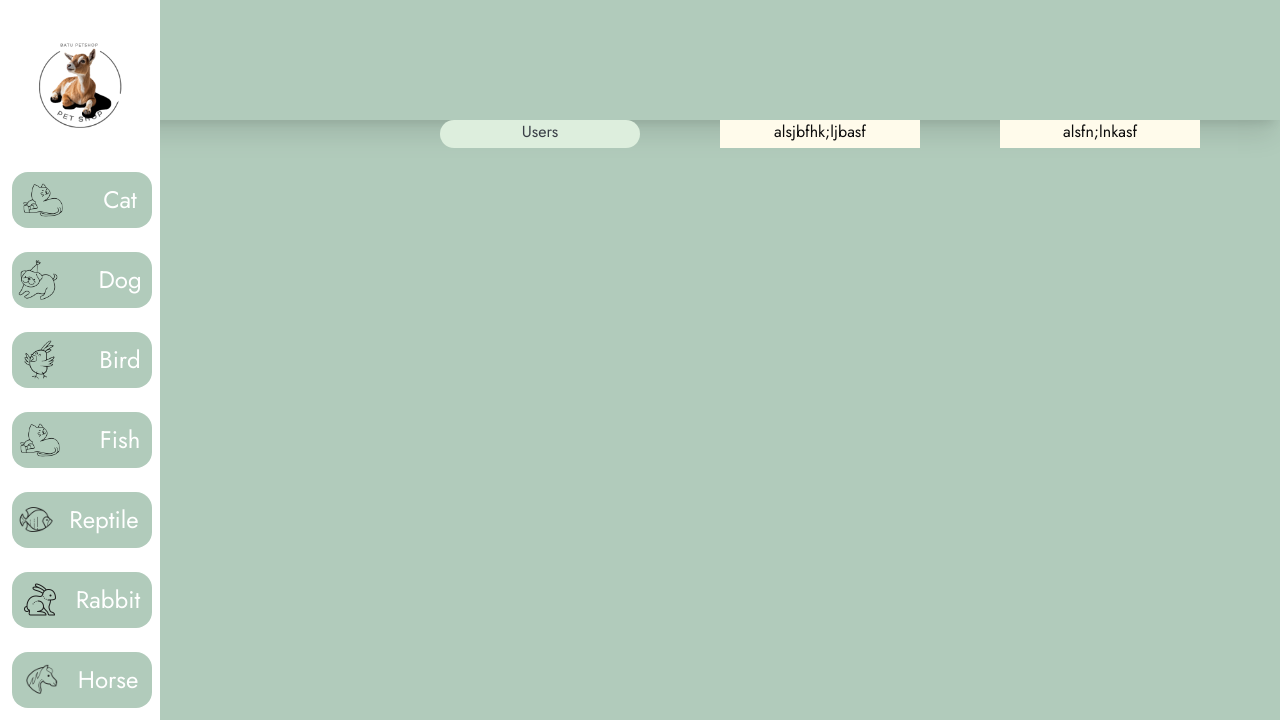
Repository: batu-call/batu-petshop
Page: /main (app in petshopp-appAdmin/admin/)
These files come from the project's save history. The page is drawn as it stood at one moment and after the next save; the edit follows.
The browser window is 1280 px wide. The pictures show the whole page.
The project was rebuilt for these pictures with package versions that can differ from the ones it lists, and the page was loaded fresh each time. The framework's server and built-in components were replaced by stand-ins that run in the browser. Also part of the build but not shown: petshopp-appAdmin/admin/next.config.ts.

Above is the page before, as saved 2025-09-20 00:16:54.

After the next save:
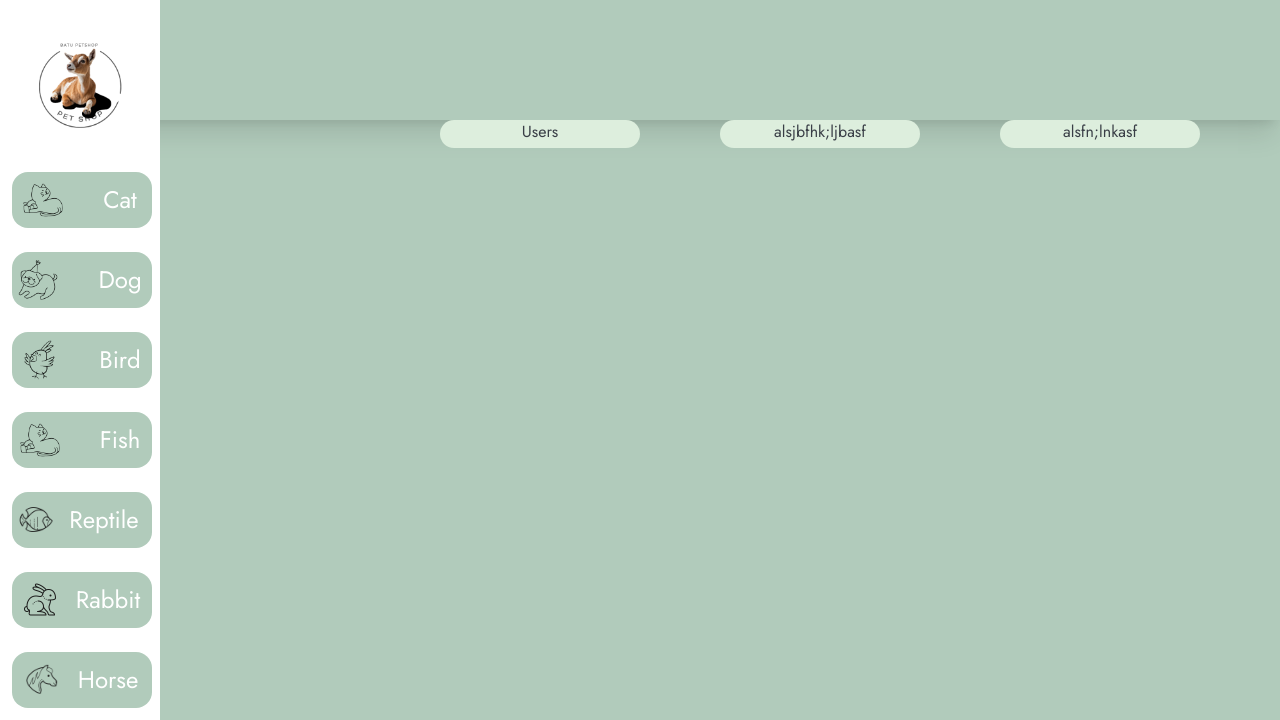
Saved 54 s later.
--- a/petshopp-appAdmin/admin/src/app/Navbar/page.tsx
+++ b/petshopp-appAdmin/admin/src/app/Navbar/page.tsx
@@ -16,13 +16,13 @@ const page = () => {
       </Link>
       <div className='flex gap-20 items-center justify-center absolute right-20'>
         <div className='bg-amber-50 w-50 h-7 rounded-xl bg-secondary'>
-        <h3 className='items-center flex justify-center text-color text-jost text'>Users</h3>
+        <h3 className='items-center flex justify-center text-color text-jost'>Users</h3>
         </div>
-        <div className='bg-amber-50 w-50 h-7'>
-        <h3 className='items-center flex justify-center'>alsjbfhk;ljbasf</h3>
+        <div className='bg-amber-50 w-50 h-7 rounded-xl bg-secondary'>
+        <h3 className='items-center flex justify-center text-color text-jost'>alsjbfhk;ljbasf</h3>
         </div>
-        <div className='bg-amber-50 w-50 h-7'>
-        <h3 className='items-center flex justify-center'>alsfn;lnkasf</h3>
+        <div className='bg-amber-50 w-50 h-7 rounded-xl bg-secondary'>
+        <h3 className='items-center flex justify-center text-color text-jost'>alsfn;lnkasf</h3>
         </div>
       </div>
     </div>
